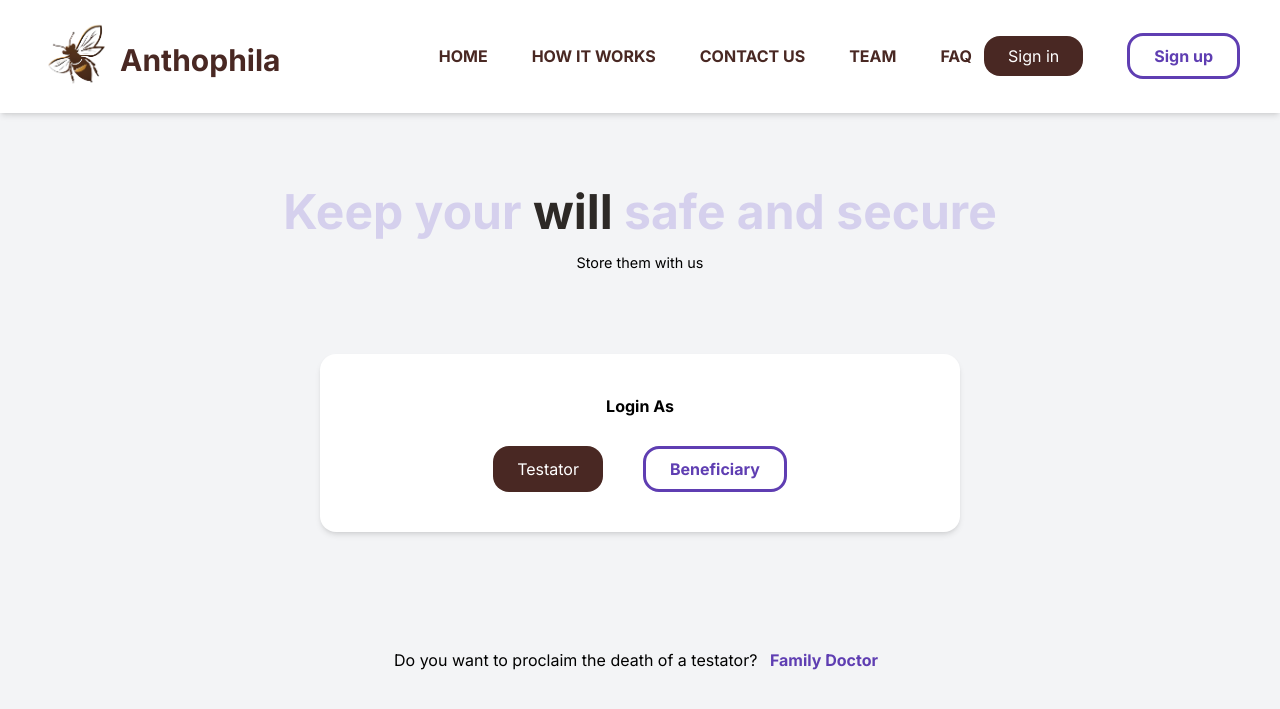
Repository: marcusdashe/anthophila
Page: /
An editor plug-in stored every save of this project. The page is shown before and after the next save, followed by the edit.
The browser window is 1280 px wide. The pictures show the whole page.
The project was rebuilt for these pictures with package versions that can differ from the ones it lists, and the page was loaded fresh each time. The framework's server and built-in components were replaced by stand-ins that run in the browser. Also part of the build but not shown: next.config.js, styles/Home.module.css.

Above is the page before, as saved 2023-03-01 22:06:12.

### pages/_document.js
import { Html, Head, Main, NextScript } from 'next/document'

export default function Document() {
  return (
    <Html lang="en">
      <Head>
        <link rel="preconnect" href="https://fonts.googleapis.com" />
        <link rel="preconnect" href="https://fonts.gstatic.com" crossOrigin />
        <link href="https://fonts.googleapis.com/css2?family=Inter:wght@100;200;300;400;500;600&display=swap" rel="stylesheet" />
      </Head>
      <body>
        <Main />
        <NextScript />
      </body>
    </Html>
  )
}

### pages/index.js
import Head from 'next/head'
import Image from 'next/image'
import { Inter } from '@next/font/google'
import styles from '@/styles/Home.module.css'
import { Nav } from '@/components/Nav'
import Hero from '@/components/Hero'

const inter = Inter({ subsets: ['latin'] })

export default function Home() {
  return (
    <>
      <Head>
        <title>Anthophilia</title>
        <meta name="description" content="decentralized platform for storing will" />
        <meta name="viewport" content="width=device-width, initial-scale=1" />
        <link rel="icon" href="/favicon.ico" />
      </Head>
      <Nav />

      {/* <main className="w-full h-screen bg-cover bg-no-repeat bg-center bg-fixed" style={{backgroundImage: "url('/assets/bg-vintage.png')"}}> */}
      <main className="w-full h-screen">
      <Hero />

      </main>
    </>
  )
}

### styles/globals.css
@tailwind base;
@tailwind components;
@tailwind utilities;


@layer base {
    html {

      font-family: 'Inter', sans-serif;
    }
  }

### components/Nav.jsx
import React, { useState } from 'react'
import Link from 'next/link'
import Button from './Button'
import MenuIcon from '@mui/icons-material/Menu';
import CloseIcon from '@mui/icons-material/Close';

export const Nav = () => {
  let Links = [
    { name: "HOME", link: "/"},
    { name: "HOW IT WORKS", link: "/hiw"},
    { name: "CONTACT US", link: "/contact"},
    { name: "TEAM", link: "/team"},
    { name: "FAQ", link: "/faq"},
  ]
  let [open, setOpen] = useState(false)

  return (
    <div className='md:fixed bg-white bg-opacity-[0.8] backdrop-blur-lg lg:fixed z-50 shadow-md w-full fixed top-0 left-0'>
        <div className='md:flex items-center justify-between bg-white py-4 md:px-10 px-7'>
            <div className='font-bold text-2xl cursor-pointer flex items-center text-gray-80 hover:scale-110 duration-500'>
            <img src="/assets/logo.png" alt="logo" className="object-scale-down h-50 w-20" />
                <span className='text-3xl text-[#492823] mr-1 pt-2 '>
                    Anthophila
                </span>
            </div>
            <div onClick={()=> setOpen(!open)} className='text-3xl absolute right-8 top-6 cursor-pointer md:hidden '>
              {open ? <CloseIcon fontSize='large'/> : <MenuIcon fontSize='large'/>}

            </div>
            <ul className={`md:flex md:items-center md:pb-0 pb-12 absolute md:static bg-white md:z-auto z-[-1] left-0 w-full md:w-auto md:pl-0 pl-9 transition-all duration-500 ease-in ${open ? 'top-20 opacity-100' : 'top-[-490px]'} md:opacity-100 opacity-0`}>
              { Links.map((link, idx) => (
                <li key={link.name} className='md:ml-8 text-md font-bold md:my-0 my-7 hover:scale-125 duration-500'>
                    <Link href={link.link} key={idx} className="text-[#492823] hover:text-[#F5F1F3] duration-500 mr-3 ">{link.name}</Link>
                </li>
              ))}
              <Button isPrimary={true}><Link href= {{pathname : "/signin", query: {"user":"testator"}}}> Sign in </Link></Button>
              <Button isPrimary={false}><Link href={"/signup"}>Sign up</Link></Button>
            </ul>
        </div>
    </div>
  )
}

### components/Hero.jsx
import Link from 'next/link'
import React from 'react'
import Button from './Button'

const Hero = () => {
  return (
        <div className='bg-gray-100 h-screen flex justify-center items-center flex-col'>

            <header className="">
            <div className="max-w-7xl mx-auto px-4 sm:px-6 lg:px-8 flex flex-col items-center justify-center">
                <h1 className="text-5xl font-bold text-[#D5D0ED] text-center mb-4">Keep your <span className='text-[#2D2926]'>will</span> safe and secure</h1>
                <p className='text-center text-[.9rem]'>Store them with us</p>
            </div>
            </header>
            <section className=' w-[80%] md:w-[50%] bg-white shadow-md p-10 rounded-2xl flex justify-center items-center flex-col mt-20'>
               <p className='font-bold'>Login As</p>
                <div className='mt-7 flex flex-row space-x-7 justify-center'>
                    <Button isPrimary={true}><Link href={{pathname : "/signin", query: {"user":"testator"}}}>Testator</Link></Button>
                    <Button isPrimary={false}><Link href={{pathname : "/signin", query: {"user":"beneficiary"}}}>Beneficiary</Link></Button>
                </div>
            </section>
            <p className='w-[70%] text-center fixed bottom-12 md:max-w-100 sm:max-w-50'>Do you want to proclaim the death of a testator? <Link className='text-[#5F3EB2] p-2 font-bold rounded-lg hover:bg-[#D5D0ED] duration-500' href={"/proclaimTestatorDeath"}>Family Doctor</Link></p>
        </div>

  )
}

export default Hero

### components/Button.jsx
import React, {useEffect} from 'react'

const Button = ({isPrimary, children}) => {
 console.log(isPrimary)
  return (
    <>
    {
      isPrimary ?
      <button className="bg-[#492823] w-150 text-white py-2 px-6 rounded-2xl md:mr-3 ml-0 hover:bg-[#D5D0ED] hover:text-[#492823] duration-500 hover:scale-125 duration-500  snm:mr-3">
        {children}
      </button>
    :
      <button className="bg-white w-150 text-[#5F3EB2]  border-[3px] border-[#5F3EB2] font-bold py-2 px-6 rounded-2xl hover:scale-125 duration-500 md:ml-8 duration-500 hover:text-[#492823] duration-500">
        {children}
      </button>

    }
   </>
  )
}
// bg-[] w-150 text-white py-2 px-6 rounded-2xl md:ml-8 hover:bg-[#D5D0ED] hover:text-[#492823] duration-500

export default Button

### tailwind.config.js
/** @type {import('tailwindcss').Config} */

module.exports = {
  content: [
    "./app/**/*.{js,ts,jsx,tsx}",
    "./pages/**/*.{js,ts,jsx,tsx}",
    "./components/**/*.{js,ts,jsx,tsx}",
  ],
  theme: {
    extend: {},
  },
  plugins: [],
}

Loaded but not shown: pages/_app.js (common file)

After the next save:
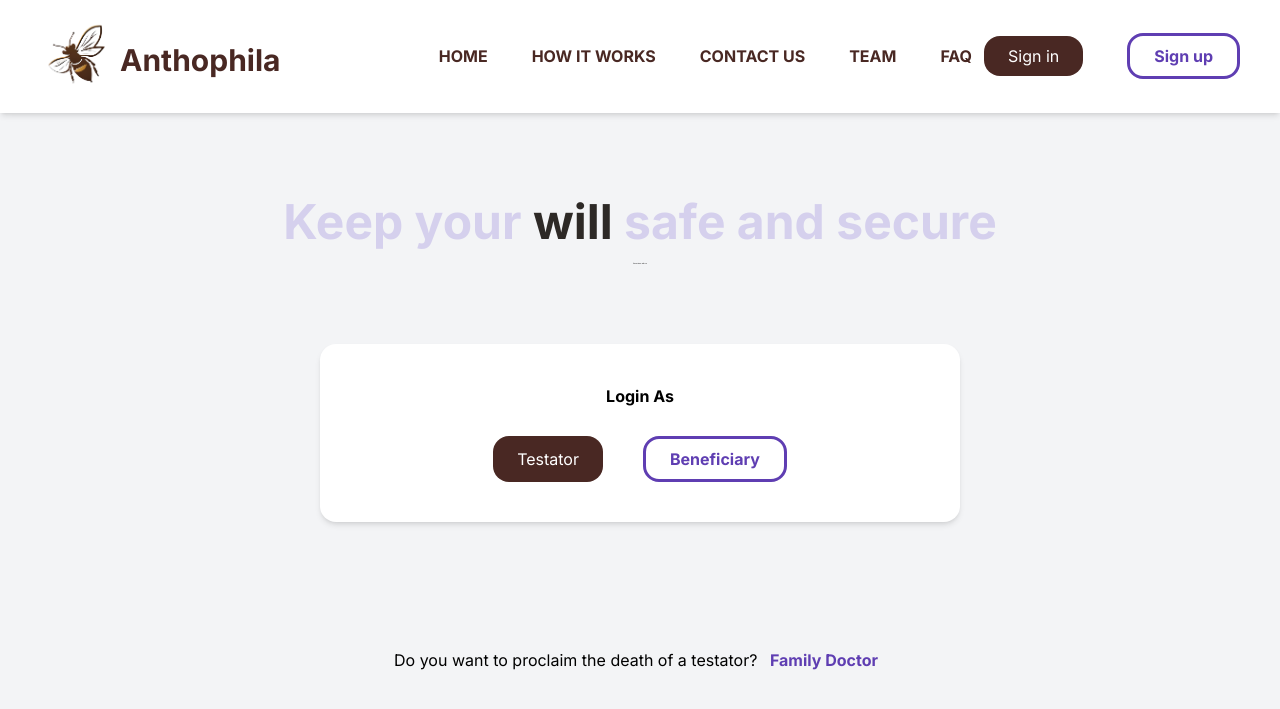
Saved 6 s later.
--- a/components/Hero.jsx
+++ b/components/Hero.jsx
@@ -9,7 +9,7 @@ const Hero = () => {
             <header className="">
             <div className="max-w-7xl mx-auto px-4 sm:px-6 lg:px-8 flex flex-col items-center justify-center">
                 <h1 className="text-5xl font-bold text-[#D5D0ED] text-center mb-4">Keep your <span className='text-[#2D2926]'>will</span> safe and secure</h1>
-                <p className='text-center text-[.9rem]'>Store them with us</p>
+                <p className='text-center text-[.1rem]'>Store them with us</p>
             </div>
             </header>
             <section className=' w-[80%] md:w-[50%] bg-white shadow-md p-10 rounded-2xl flex justify-center items-center flex-col mt-20'>
